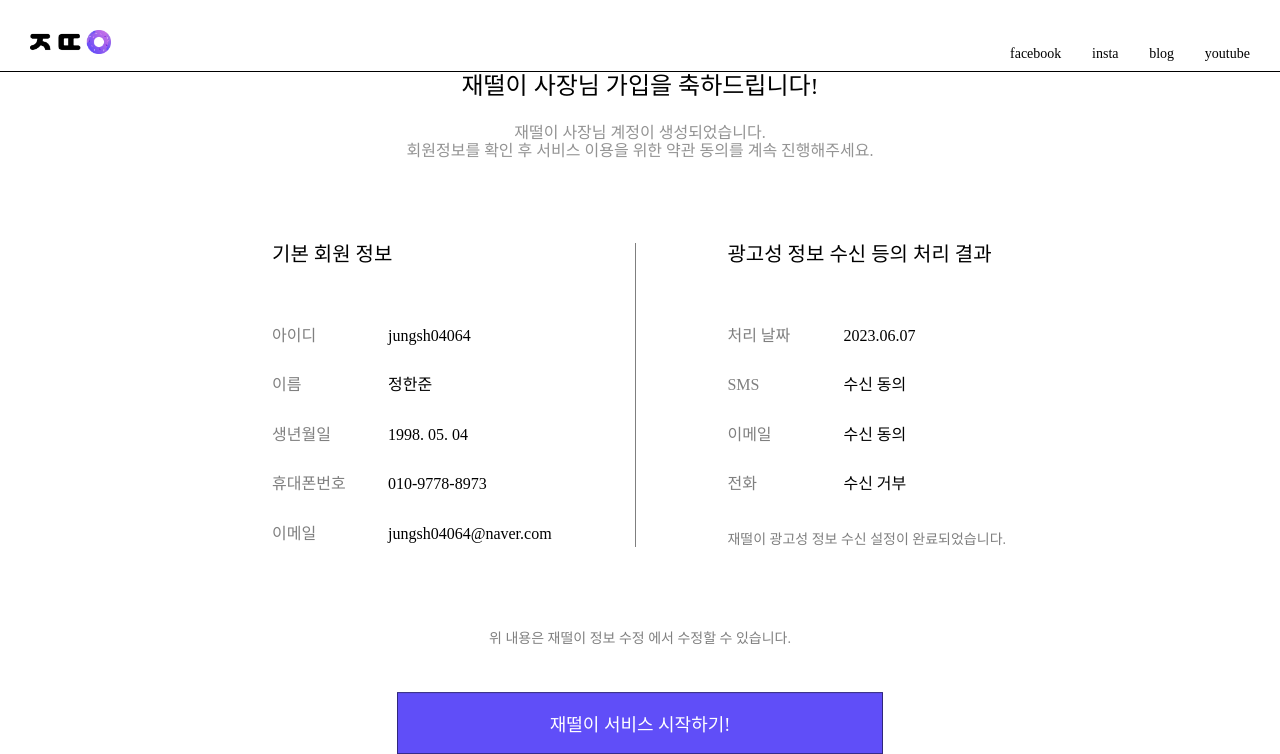
Repository: raoniee/Jaetteoli-React-Project
Page: /signup/complete
An editor plug-in stored every save of this project. The page is shown before and after the next save, followed by the edit.
The browser window is 1280 px wide. The pictures show the whole page.
Some web fonts or font styles are not loaded; a fallback is used. The project was rebuilt for these pictures with package versions that can differ from the ones it lists, and the page was loaded fresh each time. Also part of the build but not shown: src/component/main/ManageReview.module.css, src/component/main/ReviewContainer.module.css, src/component/main/ReviewItem.module.css, src/component/main/ReviewItem.js, src/component/main/ReviewContainer.js, src/component/sidebar/SideBar.module.css, src/component/sidebar/SideBar.js, src/component/main/ManageReview.js and 53 more.

Above is the page before, as saved 2023-07-06 21:51:19.

### public/index.html
<!DOCTYPE html>
<html lang="en">
<script src="//t1.daumcdn.net/mapjsapi/bundle/postcode/prod/postcode.v2.js"></script>
<head>
  <meta charset="utf-8" />
  <link rel="icon" href="%PUBLIC_URL%/favicon.ico" />
  <meta name="viewport" content="width=device-width, initial-scale=1" />
  <meta name="theme-color" content="#000000" />
  <meta name="description" content="Web site created using create-react-app" />
  <link rel="apple-touch-icon" href="%PUBLIC_URL%/logo192.png" />
  <link rel="manifest" href="%PUBLIC_URL%/manifest.json" />
  <title>재떨이</title>
</head>

<body>
  <div id="overlays"></div>
  <div id="root"></div>
</body>

</html>

### src/App.js
import Header from "./component/header/Header";
import ManageReview from "./component/main/ManageReview";
import TodayMenu from "./component/main/TodayMenu";
import TodayOrder from "./component/main/TodayOrder";
import ManageSale from "./component/main/ManageSale";

// Membership
import MembershipStart from "./component/memberShip/MembershipStart";
import MembershipInformation from "./component/memberShip/MembershipInformation";
import MembershipEnd from "./component/memberShip/MembershipEnd";

// login
import LoginStart from "./component/login/LoginStart";
import IDSearch from "./component/login/IDSearch";
import IDShow from "./component/login/IDShow";
import PasswordNew from "./component/login/PasswordNew";

import Regist1 from "./component/register/Regist1";
import Regist2 from "./component/register/Regist2";
import Regist3 from "./component/register/Regist3";

import { RouterProvider, createBrowserRouter } from "react-router-dom";
import SideBar from "./component/sidebar/SideBar";
import Home from "./component/home/Home";

const router = createBrowserRouter([
  { path: "/", element: <Home /> },
  // Membership
  { path: "/signup/agree", element: <MembershipStart /> },
  { path: "/signup/begin", element: <MembershipInformation /> },
  { path: "/signup/complete", element: <MembershipEnd /> },
  // login
  { path: "/login", element: <LoginStart /> },
  { path: "/help", element: <IDSearch /> },
  { path: "/help/complete", element: <IDShow /> },
  { path: "/help/new-pw", element: <PasswordNew /> },
  //
  { path: "/today/menu", element: <TodayMenu /> },
  { path: "/today/order", element: <TodayOrder /> },
  { path: "/review", element: <ManageReview /> },
  { path: "/sales", element: <ManageSale /> },
  { path: "/register/store", element: <Regist1 /> },
  { path: "/register/menu", element: <Regist2 /> },
  { path: "/register/origin", element: <Regist3 /> },
]);

function App() {
  return <RouterProvider router={router} />;
}

export default App;

### src/store/index.js
import React from 'react';
import { configureStore } from '@reduxjs/toolkit';
import authReducer from './auth'

export default configureStore({
    reducer: {
        auth: authReducer
    },
})

### src/component/header/Header.js
import Nav from './Nav';
import style from './Header.module.css'
import logo from '../../assets/images/logo.png'

const Header = () => {
    return (
        <header>
            <div className={style.logo}>
                <img className={style.logoImg} src={logo}></img>
            </div>
            <Nav />
        </header>
    )
}

export default Header;

### src/component/memberShip/MembershipEnd.jsx
import React from "react";
import Footer from "../footer/Footer";
import Header from "../header/Header";
import style from "./MembershipEnd.module.css";

export default function MembershipEnd() {
  return (
    <div className={style.container}>
      <Header />
      <div className={style.MembershipEnd}>
        <span className={style.title}>재떨이 사장님 가입을 축하드립니다!</span>
        <p className={style.title_desc}>
          재떨이 사장님 계정이 생성되었습니다.
          <br />
          회원정보를 확인 후 서비스 이용을 위한 약관 동의를 계속 진행해주세요.
        </p>

        <div className={style.wrap}>
          <div className={style.left}>
            <span>기본 회원 정보</span>
            <div className={style.profile}>
              <ul className={style.profile_left}>
                <li>아이디</li>
                <li>이름</li>
                <li>생년월일</li>
                <li>휴대폰번호</li>
                <li>이메일</li>
              </ul>
              <ul className={style.profile_right}>
                <li>jungsh04064</li>
                <li>정한준</li>
                <li>1998. 05. 04</li>
                <li>010-9778-8973</li>
                <li>jungsh04064@naver.com</li>
              </ul>
            </div>
          </div>

          <div className={style.right}>
            <span>광고성 정보 수신 등의 처리 결과</span>
            <div className={style.result}>
              <ul className={style.result_left}>
                <li>처리 날짜</li>
                <li>SMS</li>
                <li>이메일</li>
                <li>전화</li>
              </ul>
              <ul className={style.result_right}>
                <li>2023.06.07</li>
                <li>수신 동의</li>
                <li>수신 동의</li>
                <li>수신 거부</li>
              </ul>
            </div>

            <p>재떨이 광고성 정보 수신 설정이 완료되었습니다.</p>
          </div>
        </div>

        <p className={style.correction}>
          위 내용은 재떨이 정보 수정 에서 수정할 수 있습니다.
        </p>
        <button className={style.bluebutton}>재떨이 서비스 시작하기!</button>
      </div>
      <Footer />
    </div>
  );
}

### src/store/auth.js
import { createSlice } from '@reduxjs/toolkit';

const initialStateValue = { jwt: '', name: '', firstLogin: 1, menuRegister: 1 }

export const authSlice = createSlice({
    name: "auth",
    initialState: { value: { jwt: '', name: '', firstLogin: 1, menuRegister: 1 } },
    reducers: {
        login: (state, action) => {
            state.value = action.payload
        },
        logout: (state) => {
            state.value = initialStateValue
        }
    },
});

export default authSlice.reducer;
export const { login, logout } = authSlice.actions;

### src/component/header/Nav.js
import style from './Nav.module.css'

const Nav = () => {
    return(
        <nav className={style.nav}>
            <ul className={style.navList}>
                <li>facebook</li>
                <li>insta</li>
                <li>blog</li>
                <li>youtube</li>
            </ul>
        </nav>
    )
}

export default Nav;

### src/component/header/Header.module.css
header {
    font-family: "Pretendard-SemiBold";
    width: 100%;
    height: 72px;
    display: flex;
    align-items: flex-end;
    justify-content: space-between;
    padding: 10px 30px;
    box-sizing: border-box;
    position: fixed;
    top: 0;
    left: 0;
    background-color: white;
    z-index: 1;
    border-bottom: 1px solid black;
}

.logoImg {
    width: 81px;
    height: 24px;
    margin-bottom: 4px;
}

### src/component/footer/Footer.jsx
import React from "react";
import style from "./Footer.module.css";
import { ReactComponent as ArrowDown } from '../../assets/images/arrow_down.svg'

export default function Footer() {
  return (
    <footer>
      <ul className={style.top}>
        <li>이용약관</li>
        <li>개인정보처리방침</li>
        <li>
          <p>자세히</p>
          <ArrowDown></ArrowDown>
        </li>
      </ul>
      <ul className={style.bottom}>
        <li>대표번호 010-9778-8973</li>
        <li>ⓒJaetteoli Corp.</li>
      </ul>
    </footer>
  );
}

### src/component/memberShip/MembershipEnd.module.css
.container {
  display: flex;
  flex-direction: column;
}

.MembershipEnd {
  position: absolute;
  top: 50%;
  left: 50%;
  transform: translate(-50%, -50%);
}

.title {
  display: block;
  text-align: center;
  font-weight: 300;
  font-size: 24px;
  line-height: 26.4px;
  margin-bottom: 25px;
}

.title_desc {
  font-weight: 300;
  font-size: 16px;
  line-height: 17.6px;
  text-align: center;
  color: rgba(147, 147, 147, 1);
  margin-bottom: 83px;
}

.wrap {
  display: flex;
  width: 736px;
  margin-bottom: 84px;
}

.wrap span {
  display: block;
  font-weight: 300;
  font-size: 20px;
  line-height: 22px;
  margin-bottom: 62px;
}

.left {
  width: 396px;
  border-right: 1px solid rgba(0, 0, 0, 0.5);
}

.profile {
  display: flex;
}

.profile_left {
  display: flex;
  flex-direction: column;
  gap: 32px;
  width: 116px;

  font-size: 300;
  font-size: 16px;
  line-height: 17.6px;
  color: rgba(0, 0, 0, 0.5);
}

.profile_right {
  display: flex;
  flex-direction: column;
  gap: 32px;
  font-size: 300;
  font-size: 16px;
  line-height: 17.6px;
  color: rgba(0, 0, 0, 1);
}

.right {
  width: 396px;
  padding-left: 91px;
}

.result {
  display: flex;
  margin-bottom: 39px;
}

.result_left {
  display: flex;
  flex-direction: column;
  gap: 32px;
  width: 116px;

  font-size: 300;
  font-size: 16px;
  line-height: 17.6px;
  color: rgba(0, 0, 0, 0.5);
}

.result_right {
  display: flex;
  flex-direction: column;
  gap: 32px;
  font-size: 300;
  font-size: 16px;
  line-height: 17.6px;
  color: rgba(0, 0, 0, 1);
}

.right p {
  font-size: 14px;
  line-height: 15.4px;
  color: rgba(0, 0, 0, 0.5);
}

.correction {
  font-size: 14px;
  line-height: 15.4px;
  color: rgba(0, 0, 0, 0.5);
  text-align: center;
}

.bluebutton {
  position: absolute;
  left: 50%;
  transform: translate(-50%, 0);
  width: 486px;
  height: 62px;
  background-color: rgba(96, 78, 248, 1);
  border: 1px solid rgba(0, 0, 0, 0.5);
  color: rgba(255, 255, 255, 1);
  margin-top: 45px;
}

### src/component/header/Nav.module.css
.nav {
    font-family: "Pretendard-Regular";
    font-size: 14px;
}

.navList {
    width: 240px;
    display: flex;
    justify-content: space-between;
}

### src/component/memberShip/AgreeAlert.module.css
* {
  font-family: "Fira Sans";
  box-sizing: border-box;
}

.wrap {
  position: absolute;
  top: 50%;
  left: 50%;
  transform: translate(-50%, -50%);
  width: 771px;
  height: 568px;
}

.top {
  display: flex;
  justify-content: space-between;
  background-color: #604ef8;
  height: 55.8px;
}

.top .title {
  font-weight: 500;
  font-size: 14px;
  line-height: 55.8px;
  color: #ffffff;
  margin-left: 31px;
}

.top .close {
  margin-top: 22px;
  margin-right: 32px;
  cursor: pointer;
}

.middle {
  background: white;
  padding: 20px 30px;
}

.middle .information ul {
  display: flex;
  margin-bottom: 15px;
}

.middle .information ul li {
  font-weight: 500;
  font-size: 13px;
  line-height: 15.6px;
}

.middle .information ul li:nth-child(1) {
  flex-grow: 15;
}
.middle .information ul li:nth-child(2) {
  text-align: right;
  flex-grow: 1;
}
.middle .information ul li:nth-child(3) {
  text-align: right;
  flex-grow: 1;
}

.middle .information p {
  padding: 10px 7px;
  height: 360.97px;
  font-weight: 400;
  font-size: 11px;
  line-height: 13.2px;
  border: 1px solid #dadada;
  overflow-y: scroll;
}

.bottom {
  position: relative;
  height: 82px;
  background-color: #f6f6f6;
}

.bottom button {
  position: absolute;
  bottom: 21px;
  right: 30.5px;
  width: 97.5px;
  height: 31px;
  border: 1px solid #604ef8;
  border-radius: 5px;
  cursor: pointer;
}

### src/component/footer/Footer.module.css
/* * {
  outline: 1px solid #363;
} */

footer {
  height: 71px;
  font-weight: 300;
  font-size: 13px;
  line-height: 14.3px;
}

footer ul {
  display: flex;
}

.top {
  width: 220px;
  gap: 14px;
  margin: 0 auto;
}

.top li {
  display: flex;
}

.top li p {
  margin-right: 10px;
}

.bottom {
  width: 261px;
  gap: 18px;
  margin: 0 auto;
}

### src/component/home/Login.module.css
.btnContainer {
    width: 276px;
    height: 48px;
    display: flex;
    justify-content: space-around;
}

button {
    width: 114px;
    height: 48px;
    border: 2px solid #604EF8;
    font-family: 'Pretendard-Regular';
    font-size: 18px;
}

.login {
    background-color: white;

}

.signup {
    background-color: #604EF8;
    color: white;
}

Loaded but not shown: src/index.js (common file); src/index.css (common file)

After the next save:
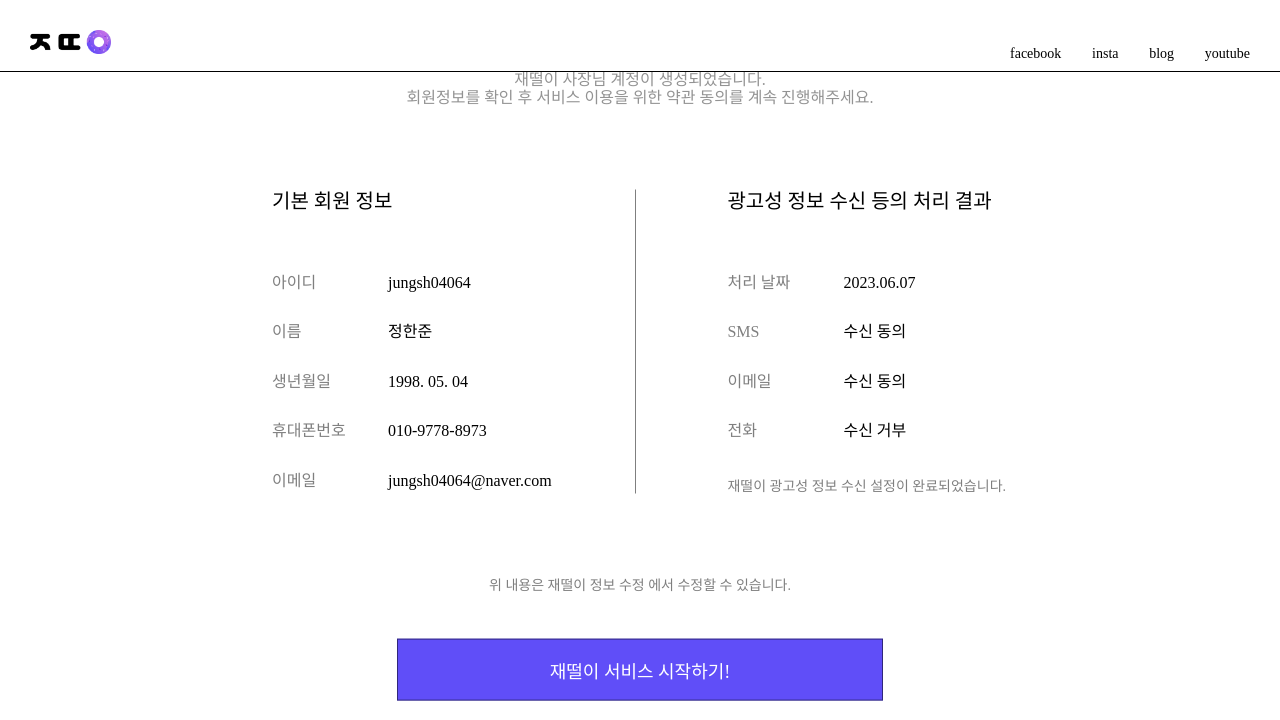
Saved 35 s later.
--- a/src/component/memberShip/MembershipEnd.module.css
+++ b/src/component/memberShip/MembershipEnd.module.css
@@ -119,9 +119,8 @@
 }
 
 .bluebutton {
-  position: absolute;
-  left: 50%;
-  transform: translate(-50%, 0);
+  display: block;
+  margin: 0 auto;
   width: 486px;
   height: 62px;
   background-color: rgba(96, 78, 248, 1);
